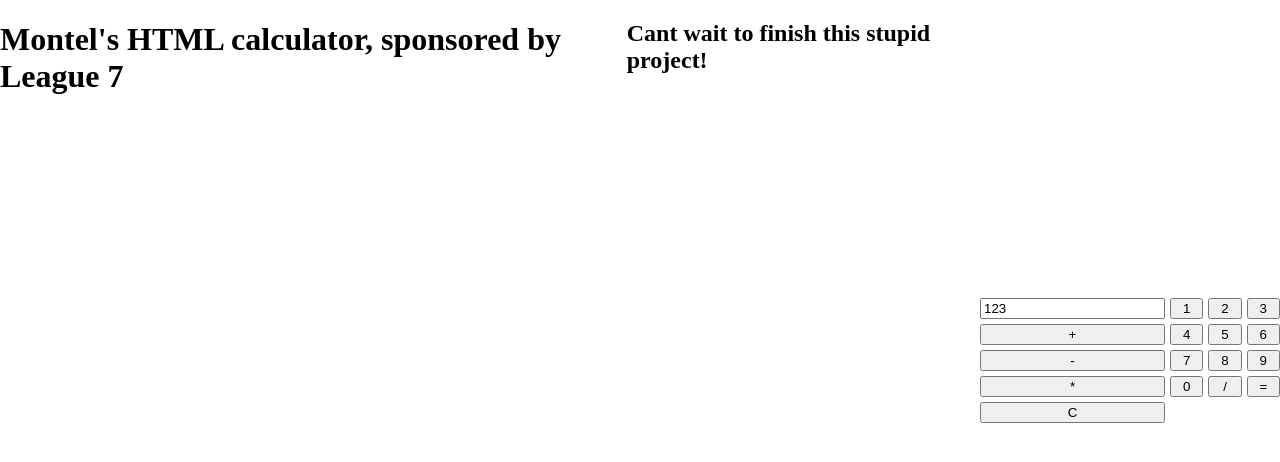
Repository: mnhardy1504/odin-recipes1
Page: repos/calculator/calculator.html
An editor plug-in stored every save of this project. The page is shown before and after the next save, followed by the edit.
The browser window is 1280 px wide. The pictures show the whole page.

Above is the page before, as saved 2023-12-05 16:24:11.

After the next save:
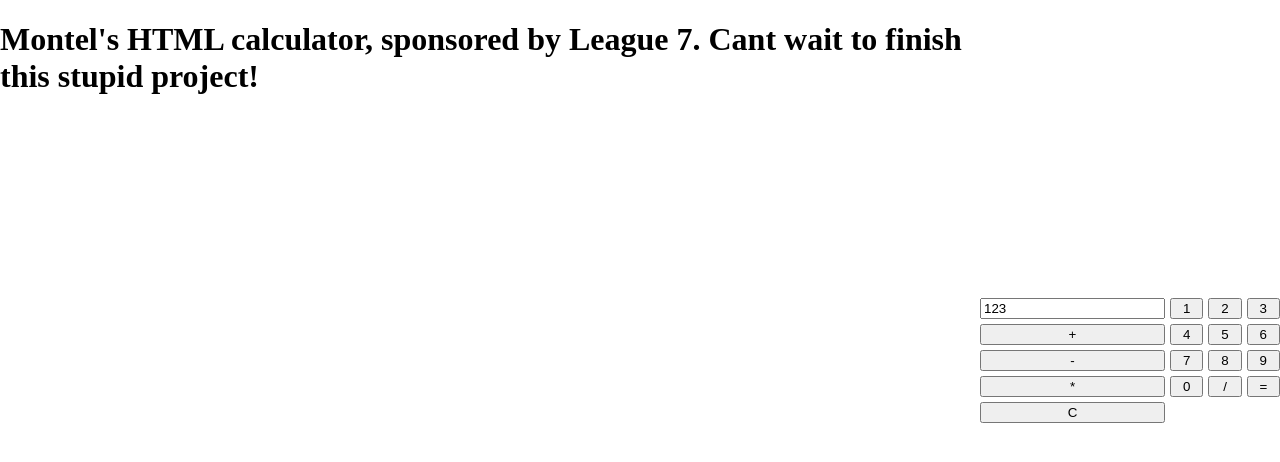
Saved 2 min 28 s later.
--- a/repos/calculator/calculator.html
+++ b/repos/calculator/calculator.html
@@ -5,8 +5,8 @@
   <title>Calculator</title>
   <link rel="stylesheet" href="calculator.css">
   <script src="index.js"></script>
-  <h1>Montel's HTML calculator, sponsored by League 7 </h1>
-  <h2> Cant wait to finish this stupid project! </h2>
+  <h1>Montel's HTML calculator, sponsored by League 7. Cant wait to finish this stupid project! </h1>
+  <h2>  </h2>
 </head>
 <body>
  <div id="reply"></div>
